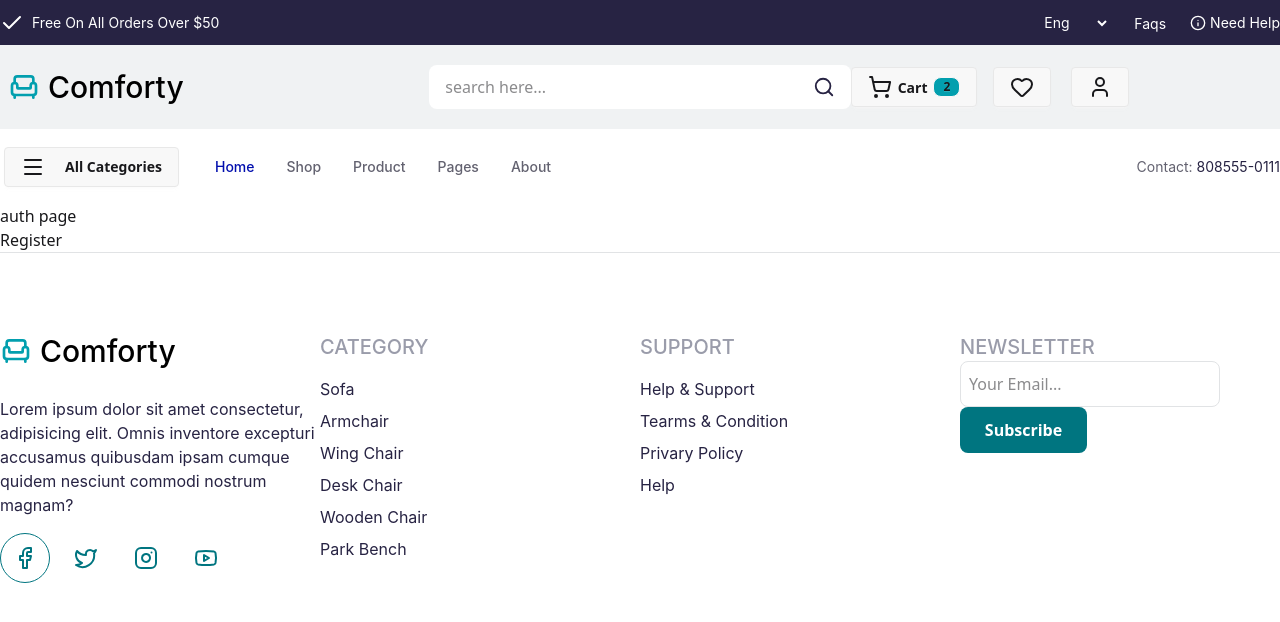
Repository: Neda0o0/store-template-website
Page: /auth/register
An editor plug-in stored every save of this project. The page is shown before and after the next save, followed by the edit.
The browser window is 1280 px wide. The pictures show the whole page.
The project was rebuilt for these pictures with package versions that can differ from the ones it lists, and the page was loaded fresh each time. Also part of the build but not shown: vite.config.js, src/components/Banner/Banner.jsx, src/components/Delivery/Delivery.jsx, src/components/Brand/Brand.jsx, src/components/SectionTitle/SectionTitle.jsx, src/components/Features/Features.jsx, src/components/Categories/Categories.jsx, src/components/Product/Product.jsx and 6 more.

Above is the page before, as saved 2025-10-27 17:06:45.

### index.html
<!DOCTYPE html>
<html lang="en">
  <head>
    <meta charset="UTF-8" />
    <link rel="icon" type="image/svg+xml" href="/vite.svg" />
    <meta name="viewport" content="width=device-width, initial-scale=1.0" />
    <title>new-project</title>
  </head>
  <body>
    <div id="root"></div>
    <script type="module" src="/src/main.jsx"></script>
  </body>
</html>

### src/main.jsx
import { StrictMode } from "react";
import { createRoot } from "react-dom/client";
import MainLayout from "./MainLayout/MainLayout";
import "./index.css";

createRoot(document.getElementById("root")).render(
  <StrictMode>
    <MainLayout />
  </StrictMode>
);

### src/MainLayout/MainLayout.jsx
import { BrowserRouter, Route, Routes } from "react-router";
import Navbar from "../components/Navbar/Navbar";
import Home from "../Pages/Home/Home";
import Auth from "../Pages/Auth/Auth";
import Login from "../Pages/Auth/Login/Login";
import Register from "../Pages/Auth/Register/Register";
import Error from "../Pages/Error/Error";
import AuthCheck from "../AuthCheck/AuthCheck";
import Footer from "../components/Footer/Footer";

const MainLayout = () => {
  return (
    <BrowserRouter>
      {/* Navbar */}
      <Navbar />
      <Routes>
        <Route
          path="/"
          element={
            <AuthCheck>
              <Home />
            </AuthCheck>
          }
        />
        <Route path="auth" element={<Auth />}>
          <Route path="login" element={<Login />} />
          <Route path="register" element={<Register />} />
        </Route>
        {/* not found routes */}
        <Route path="*" element={<Error />} />
      </Routes>
      {/* footer component */}
      <Footer />
    </BrowserRouter>
  );
};
export default MainLayout;

### src/index.css
@import "tailwindcss";
@plugin "daisyui";

/* google font inter */
@import url("https://fonts.googleapis.com/css2?family=Inter:ital,opsz,wght@0,14..32,100..900;1,14..32,100..900&display=swap");

@theme {
  --font-inter: "Inter", sans-serif;
}

.banner_slide_item {
  display: flex !important;
  justify-content: space-between;
  align-items: center;
  gap: 7.5rem;
}

.banner_image {
  position: relative;
}
.banner_image::before {
  content: "";
  position: absolute;
  top: 0;
  right: 0;
  max-width: 747px;
  width: 100%;
  min-height: 747px;
  height: 100%;
  background-color: #e1e3e5;
  border-radius: 100%;
  z-index: -1;
}
.slider_container > .slick-slider > .slick-prev,
.slider_container > .slick-slider > .slick-next {
  z-index: 5 !important;
}
.slick-prev {
  left: -40px;
}
.slick-next {
  right: 0.25px;
}
.slider_container > .slick-slider > .slick-prev:before,
.slider_container > .slick-slider > .slick-next:before {
  font-family: "slick";
  font-size: 50px !important;
  line-height: 1;
  opacity: 0.75;
  color: #007580 !important;
  -webkit-font-smoothing: antialiased;
  -moz-osx-font-smoothing: grayscale;
}
.slider_container > .slick-slider > .slick-dots {
  position: absolute;
  bottom: 100px !important;
  display: block;
  width: 100%;
  padding: 0;
  margin: 0;
  list-style: none;
  text-align: center;
}
.slider_container > .slick-slider > .slick-dots li button:before {
  font-family: "slick";
  font-size: 22px !important;
  line-height: 20px;
  position: absolute;
  top: 0;
  left: 0;
  width: 20px;
  height: 20px;
  text-align: center;
  opacity: 0.25;
  color: black;
  -webkit-font-smoothing: antialiased;
  -moz-osx-font-smoothing: grayscale;
}
.slider_container
  > .slick-slider
  > .slick-dots
  > li.slick-active
  button:before {
  color: #007580 !important;
}
.delivery_component {
  margin-top: -4rem;
  position: relative;
  z-index: 5;
}

.features_slider
  > .slick-slider
  > .slick-prev:before
  > .features_slider
  > .slick-slider
  > .slick-next:before {
  font-size: 39px !important;
  color: #007580;
}

.client_say_description {
  position: relative;
}
.client_say_description::before {
  position: absolute;
  content: "";
  top: 0;
  left: -27px;
  width: 3px;
  height: 100%;
  background-color: #007580;
}

### src/components/Navbar/Navbar.jsx
import {
  Armchair,
  Check,
  Info,
  Search,
  ShoppingCart,
  Heart,
  User,
  Menu,
} from "lucide-react";
import { Link, NavLink } from "react-router-dom";

const Navbar = () => {
  return (
    <div>
      {/* navbar top */}
      <div className="navbar_top flex items-center justify-center bg-[#272343] w-full h-[45px]">
        <div className="lg:container flex justify-between items-center">
          <p className="flex items-center gap-2 text-sm font-inter font-normal text-white capitalize">
            <Check />
            Free on all orders over $50
          </p>
          <div className="navbar_top_right flex items-center gap-6">
            <select
              defaultValue="Server location"
              className=" bg-none h-[30px] w-[70px] text-sm font-inter font-normal capitalize text-white"
            >
              <option>Eng</option>
              <option>Farsi</option>
            </select>
            <button>
              <Link className="text-sm text-white font-inter font-normal capitalize ">
                Faqs
              </Link>
            </button>
            <button>
              <Link className="flex items-center gap-1 text-sm  text-white font-inter font-normal capitalize">
                <Info size={16} />
                Need help
              </Link>
            </button>
          </div>
        </div>
      </div>
      {/* navbar middle */}
      <div className="navbar middle flex items-center justify-center bg-[#f0f2f3] w-full h-[84px]">
        <div className="lg:container grid grid-cols-3 items-center">
          <div className="logo_wrapper">
            <Link
              to="/"
              className="text-3xl text-black font-inter font-medium capitalize flex items-center gap-2"
            >
              <Armchair size="2rem" color="#029fae" /> Comforty
            </Link>
          </div>
          <div className="search_box">
            <form action="#" className="max-w-[443px] h-[44px] relative">
              <input
                type="text"
                placeholder="search here..."
                className=" max-w-[443px] w-full h-full bg-white rounded-lg pl-4 "
              />
              <button className="absolute to-50% right-4 translate-y-1/2">
                <Search size="22px" color="#272343" />
              </button>
            </form>
          </div>
          {/* navbar middle right */}
          <div className="navbar_middle_right flex items-center gap-4">
            <button className="btn capitalize">
              <ShoppingCart /> cart
              <div className="badge badge-sm bg-[#029fae]">2</div>
            </button>
            <button className="btn capitalize">
              <Heart />
            </button>

            <div className="dropdown">
              <div tabIndex={0} role="button" className="btn m-1">
                <User />
              </div>
              <ul
                tabIndex="-1"
                className="dropdown-content menu bg-base-100 rounded-box z-1 w-52 p-2 shadow-sm"
              >
                <li>
                  <Link>Account</Link>
                </li>
                <li>
                  <Link>Logout</Link>
                </li>
              </ul>
            </div>
          </div>
        </div>
      </div>

      {/* navbar bottom */}
      <div className="navbar_bottom flex items-center justify-center w-full h-[75px] bg-white border-[#ele3e5]">
        <div className="lg:container flex items-center justify-between">
          <div className="navbar_bottom_left flex items-center gap-8">
            <div className="dropdown dropdown-start">
              <div
                tabIndex={0}
                role="button"
                className="btn m-1 flex items-center gap-5 capitalize"
              >
                <Menu /> all categories
              </div>
              <ul
                tabIndex="-1"
                className="dropdown-content menu bg-base-100 rounded-box z-1 w-52 p-2 shadow-sm"
              >
                <li>
                  <a>Chair</a>
                </li>
                <li>
                  <a>Pant</a>
                </li>
                <li>
                  <a>Shirt</a>
                </li>
                <li>
                  <a>T-shirt</a>
                </li>
              </ul>
            </div>
            <nav className="flex items-center gap-8">
              <NavLink
                to="/"
                className="text-sm text-[#020fae] font-inter font-medium capitalize"
              >
                Home
              </NavLink>
              <NavLink className="text-sm text-[#636270] font-inter font-medium capitalize">
                shop
              </NavLink>
              <NavLink className="text-sm text-[#636270] font-inter font-medium capitalize">
                product
              </NavLink>
              <NavLink className="text-sm text-[#636270] font-inter font-medium capitalize">
                pages
              </NavLink>
              <NavLink className="text-sm text-[#636270] font-inter font-medium capitalize">
                about
              </NavLink>
            </nav>
          </div>

          <div className="navbar_bottom_right">
            <p className="text-sm text-[#636270] font-inter font-normal capitalize">
              contact: <span className="text-[#272343]">{808}555-0111</span>
            </p>
          </div>
        </div>
      </div>
    </div>
  );
};
export default Navbar;

### src/Pages/Auth/Auth.jsx
import { Outlet } from "react-router";

const Auth = () => {
  return (
    <div>
      auth page
      <Outlet />
    </div>
  );
};
export default Auth;

### src/Pages/Auth/Register/Register.jsx
const Register = () => {
  return <div> Register </div>;
};
export default Register;

### src/components/Footer/Footer.jsx
import { Armchair, Facebook, Instagram, Twitter, Youtube } from "lucide-react";
import { Link } from "react-router";

const Footer = () => {
  return (
    <footer>
      <div className="footer_top"></div>
      <div className="footer_bottom mx-h-[343px] w-full border-t border-[#e1e3e5] pt-[80px] pb-[60px]">
        <div className="lg:container mx-auto">
          <div className="grid grid-cols-4">
            <div>
              {/* logo wrapper */}
              <div className="logo_wrapper mb-7">
                <Link
                  to="/"
                  className="text-3xl text-black font-inter font-medium capitalize flex items-center gap-2"
                >
                  <Armchair size="2rem" color="#029fae" /> Comforty
                </Link>
              </div>

              <p className="text-base text-[#272343] font-inter font-normal mb-4 max-w-[350px]">
                Lorem ipsum dolor sit amet consectetur, adipisicing elit. Omnis
                inventore excepturi accusamus quibusdam ipsam cumque quidem
                nesciunt commodi nostrum magnam?
              </p>
              <div className="footer_social flex items-center gap-3">
                <Link className="p-3 rounded-full border-[#007580] inline-block border-[1px]">
                  <Facebook size="1.5rem" color="#007580" />
                </Link>
                <Link className="p-3 inline-block">
                  <Twitter size="1.5rem" color="#007580" />
                </Link>
                <Link className="p-3 inline-block">
                  <Instagram size="1.5rem" color="#007580" />
                </Link>
                <Link className="p-3 inline-block">
                  <Youtube size="1.5rem" color="#007580" />
                </Link>
              </div>
            </div>

            <div className="footer_wrapper">
              <h3 className="text-xl text-[#9a9caa] font-inter font-medium capitalize uppercase">
                category
              </h3>
              <ul className="space-y-2 mt-4">
                <li>
                  <Link className="text-base text-[#272343] font-inter font-normal capitalize">
                    sofa
                  </Link>
                </li>
                <li>
                  <Link className="text-base text-[#272343] font-inter font-normal capitalize">
                    armchair
                  </Link>
                </li>
                <li>
                  <Link className="text-base text-[#272343] font-inter font-normal capitalize">
                    wing chair
                  </Link>
                </li>
                <li>
                  <Link className="text-base text-[#272343] font-inter font-normal capitalize">
                    desk chair
                  </Link>
                </li>
                <li>
                  <Link className="text-base text-[#272343] font-inter font-normal capitalize">
                    wooden chair
                  </Link>
                </li>
                <li>
                  <Link className="text-base text-[#272343] font-inter font-normal capitalize">
                    park bench
                  </Link>
                </li>
              </ul>
            </div>
            <div className="footer_wrapper">
              <h3 className="text-xl text-[#9a9caa] font-inter font-medium uppercase">
                support
              </h3>
              <ul className="space-y-2 mt-4">
                <li>
                  <Link className="text-base text-[#272343] font-inter font-normal capitalize">
                    help & support
                  </Link>
                </li>
                <li>
                  <Link className="text-base text-[#272343] font-inter font-normal capitalize">
                    tearms & condition
                  </Link>
                </li>
                <li>
                  <Link className="text-base text-[#272343] font-inter font-normal capitalize">
                    privary policy
                  </Link>
                </li>
                <li>
                  <Link className="text-base text-[#272343] font-inter font-normal capitalize">
                    help
                  </Link>
                </li>
              </ul>
            </div>
            <div className="newsletter">
              <h3 className="text-xl text-[#9a9caa] font-inter font-medium uppercase">
                newsletter
              </h3>
              <form action="#" className="gap-2 max-w-[424px] w-full">
                <input
                  type="email"
                  placeholder="Your Email..."
                  className="max-w-[260px] pl-2 w-full border-[#e1e3e5] border-[1px] rounded-lg h-[46px]"
                />
                <button
                  type="submit"
                  className="text-base text-white font-semibold capitalize w-[127px] h-[46px] bg-[#007580] rounded-lg"
                >
                  Subscribe
                </button>
              </form>
            </div>
          </div>
        </div>
      </div>
    </footer>
  );
};
export default Footer;

After the next save:
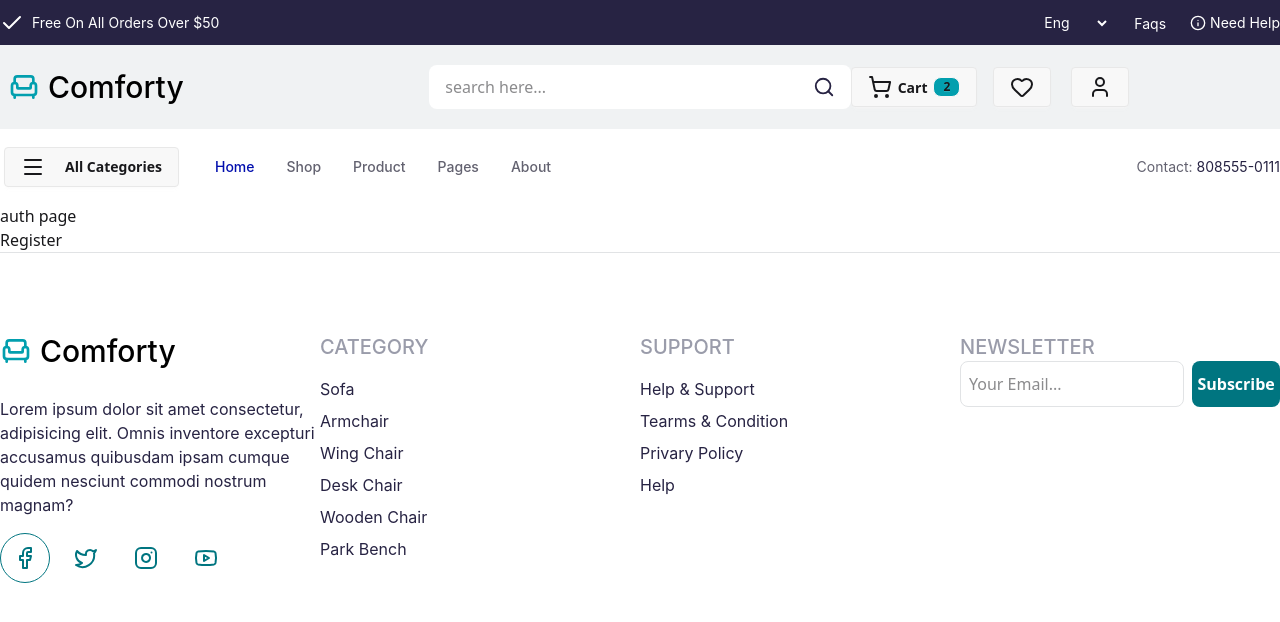
Saved 77 s later.
--- a/src/components/Footer/Footer.jsx
+++ b/src/components/Footer/Footer.jsx
@@ -108,15 +108,18 @@ const Footer = () => {
               <h3 className="text-xl text-[#9a9caa] font-inter font-medium uppercase">
                 newsletter
               </h3>
-              <form action="#" className="gap-2 max-w-[424px] w-full">
+              <form
+                action="#"
+                className="gap-2 flex items-center max-w-[424px] w-full"
+              >
                 <input
                   type="email"
                   placeholder="Your Email..."
-                  className="max-w-[260px] pl-2 w-full border-[#e1e3e5] border-[1px] rounded-lg h-[46px]"
+                  className="max-w-[285px] pl-2 w-full border-[#e1e3e5] border-[1px] rounded-lg h-[46px]"
                 />
                 <button
                   type="submit"
-                  className="text-base text-white font-semibold capitalize w-[127px] h-[46px] bg-[#007580] rounded-lg"
+                  className="cursor-pointer text-base text-white font-semibold capitalize w-[127px] h-[46px] bg-[#007580] rounded-lg"
                 >
                   Subscribe
                 </button>
